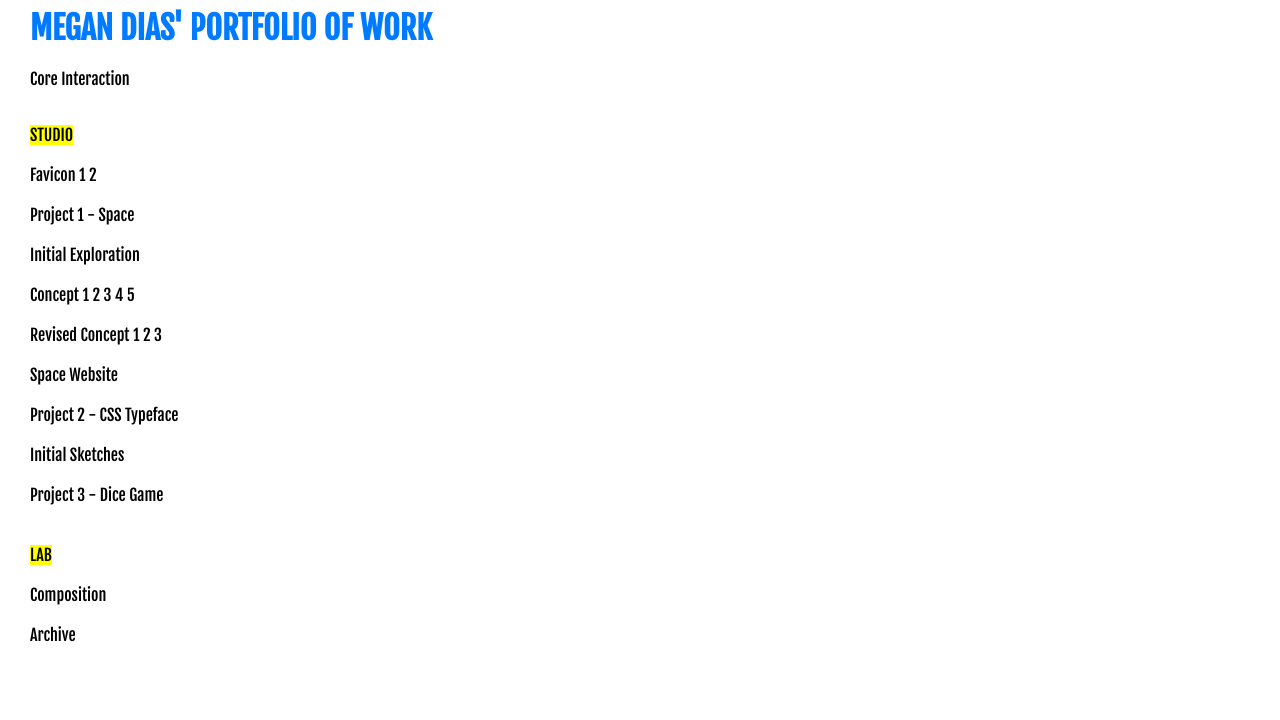
Repository: diasm568/diasm568.github.io
Page: index.html
The author's editor kept a record of every edit. The page is drawn from the files as they stood at one moment, then again after the next edit.
The browser window is 1280 px wide. The pictures show the whole page.

Above is the page before.

After the next edit:
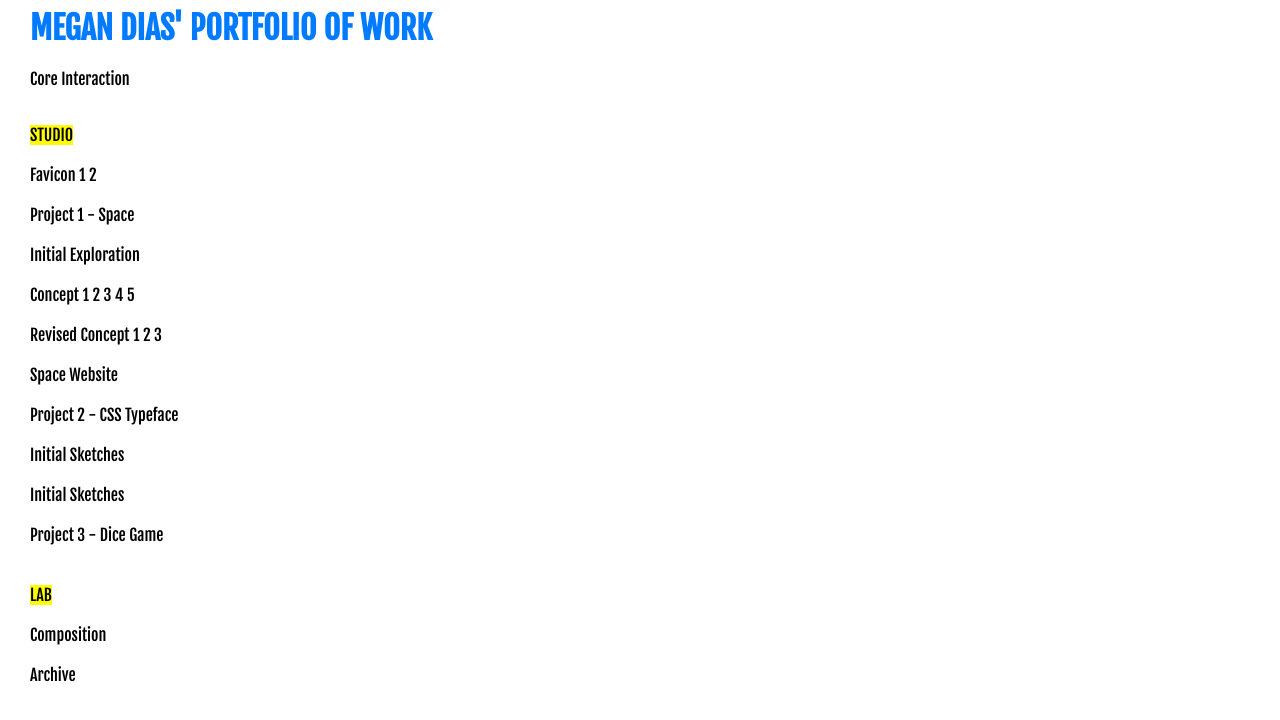
The edit:
--- a/index.html
+++ b/index.html
@@ -37,6 +37,9 @@
         <a href="">Initial Sketches</a>
         <br>
         <br>
+        <a href="">Initial Sketches</a>
+        <br>
+        <br>
         <a href="studio/project3.html">Project 3 - Dice Game</a>
         <br>
         <br>
